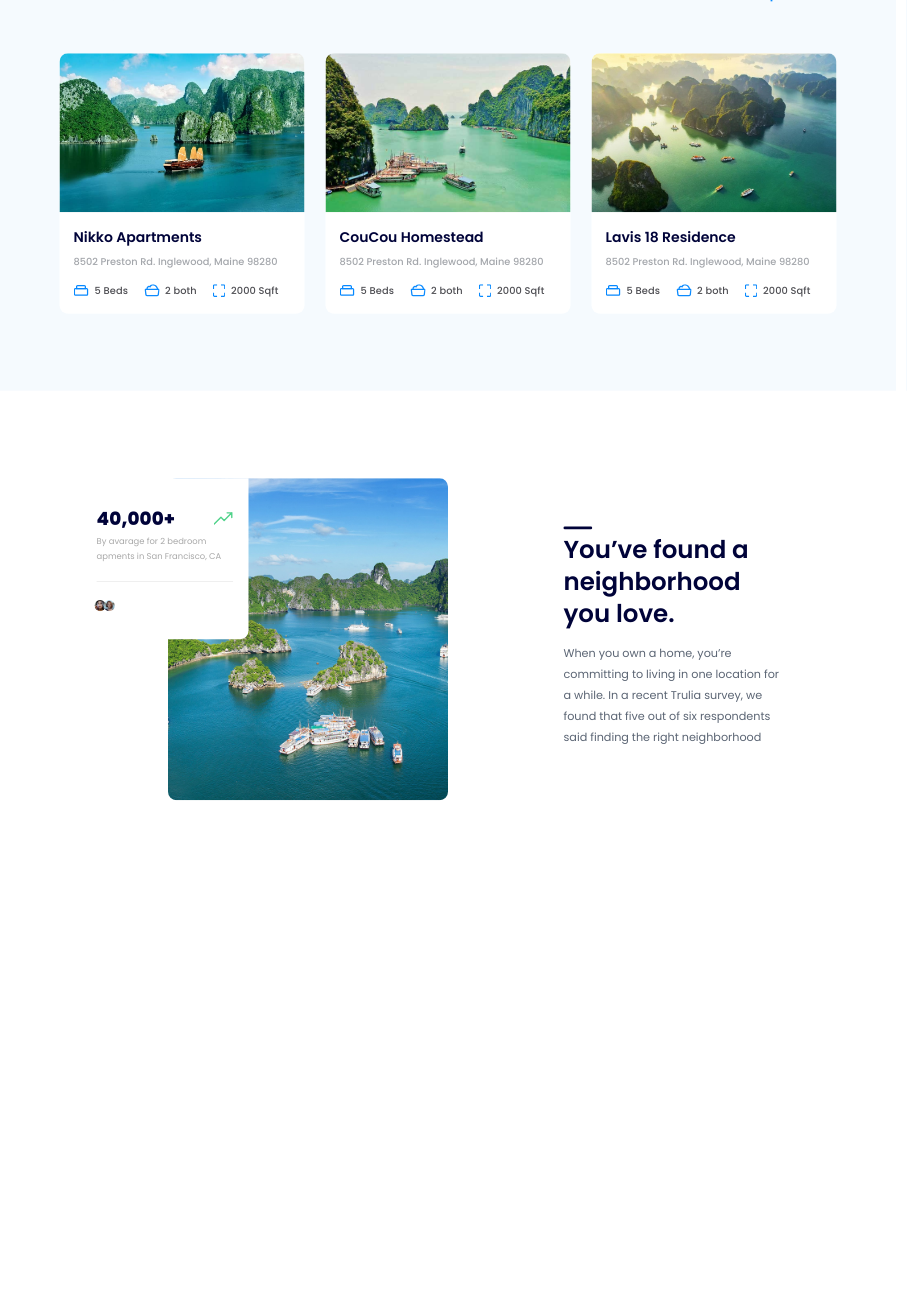
Repository: anhtien111198/f8-htmlcss-01
Page: index.html
An editor plug-in stored every save of this project. The page is shown before and after the next save, followed by the edit.
The browser window is 1280 px wide. The page is 1295 px wide, so the pictures cover 1295 px, including what lies to the right of the window. The pictures show the part of the page from y = 1963 to 3843 px (the page is 10000 px tall), at 70% of full size.

Above is the page before, as saved 2023-04-30 15:58:19.

After the next save:
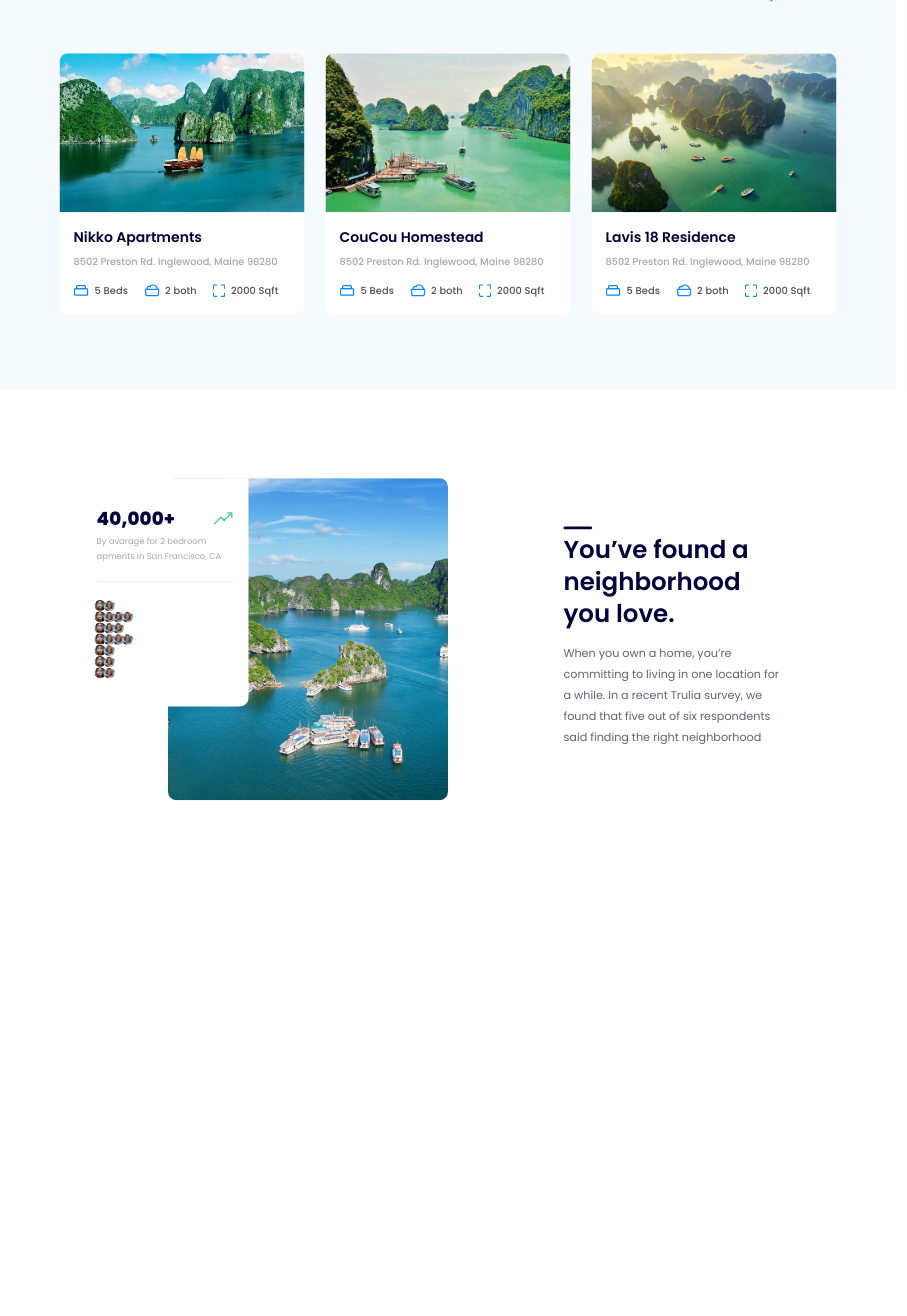
Saved 21 h 52 min later.
--- a/index.html
+++ b/index.html
@@ -349,6 +349,103 @@
                                             class="avatar"
                                         />
                                     </div>
+                                    <div class="avatar-group">
+                                        <img
+                                            src="./assets/img/avatar-1.jpg"
+                                            alt=""
+                                            class="avatar"
+                                        />
+                                        <img
+                                            src="./assets/img/avatar-2.jpg"
+                                            alt=""
+                                            class="avatar"
+                                        />
+                                        <img
+                                            src="./assets/img/avatar-2.jpg"
+                                            alt=""
+                                            class="avatar"
+                                        />
+                                        <img
+                                            src="./assets/img/avatar-2.jpg"
+                                            alt=""
+                                            class="avatar"
+                                        />
+                                    </div>
+                                    <div class="avatar-group">
+                                        <img
+                                            src="./assets/img/avatar-1.jpg"
+                                            alt=""
+                                            class="avatar"
+                                        />
+                                        <img
+                                            src="./assets/img/avatar-2.jpg"
+                                            alt=""
+                                            class="avatar"
+                                        />
+                                        <img
+                                            src="./assets/img/avatar-2.jpg"
+                                            alt=""
+                                            class="avatar"
+                                        />
+                                    </div>
+                                    <div class="avatar-group">
+                                        <img
+                                            src="./assets/img/avatar-1.jpg"
+                                            alt=""
+                                            class="avatar"
+                                        />
+                                        <img
+                                            src="./assets/img/avatar-2.jpg"
+                                            alt=""
+                                            class="avatar"
+                                        />
+                                        <img
+                                            src="./assets/img/avatar-2.jpg"
+                                            alt=""
+                                            class="avatar"
+                                        />
+                                        <img
+                                            src="./assets/img/avatar-2.jpg"
+                                            alt=""
+                                            class="avatar"
+                                        />
+                                    </div>
+                                    <div class="avatar-group">
+                                        <img
+                                            src="./assets/img/avatar-1.jpg"
+                                            alt=""
+                                            class="avatar"
+                                        />
+                                        <img
+                                            src="./assets/img/avatar-2.jpg"
+                                            alt=""
+                                            class="avatar"
+                                        />
+                                    </div>
+                                    <div class="avatar-group">
+                                        <img
+                                            src="./assets/img/avatar-1.jpg"
+                                            alt=""
+                                            class="avatar"
+                                        />
+                                        <img
+                                            src="./assets/img/avatar-2.jpg"
+                                            alt=""
+                                            class="avatar"
+                                        />
+                                    </div>
+                                    <div class="avatar-group">
+                                        <img
+                                            src="./assets/img/avatar-1.jpg"
+                                            alt=""
+                                            class="avatar"
+                                        />
+                                        <img
+                                            src="./assets/img/avatar-2.jpg"
+                                            alt=""
+                                            class="avatar"
+                                        />
+                                    </div>
                                 </div>
                             </div>
                         </div>
